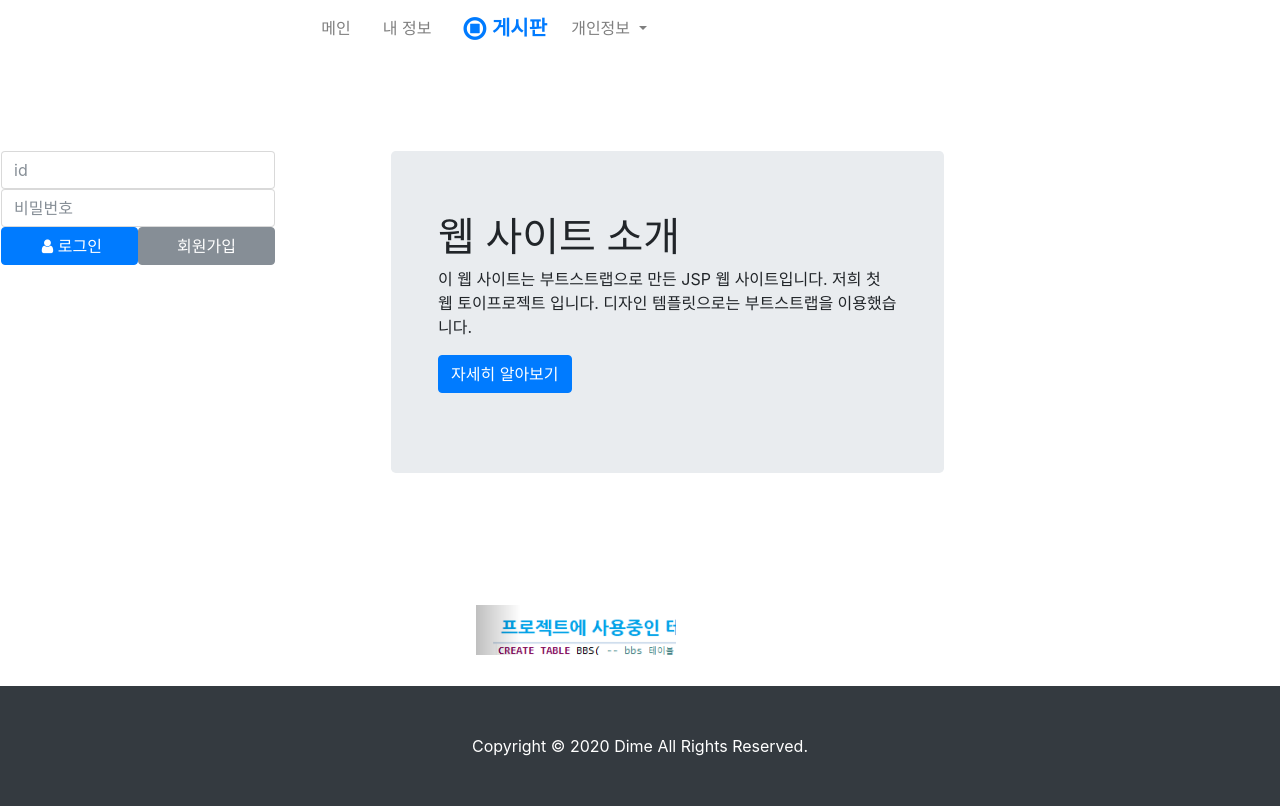
Repository: elecdime/jspboard
Page: http://localhost/BBS/projectbbs/Main.jsp
The author's editor kept a copy of each file at every save. The page is drawn from the files as they stood at one save, then again after the next save.
The browser window is 1280 px wide. The pictures show the whole page.
Some web libraries are served in a nearby version. The page is served by Tomcat 9. Other server files are loaded and not shown.

Above is the page before, as saved 2020-07-08 13:41:11.

### dime/project Web/BBS/WebContent/projectbbs/Main.jsp
<%@ page language="java" contentType="text/html; charset=UTF-8"
    pageEncoding="UTF-8"%>
<!doctype html>
<head>
   <!-- Required meta tags -->
  <meta charset="utf-8">
  <meta name="viewport" content="width=device-width, initial-scale=1, shrink-to-fit=no">
<meta http-equiv="Content-Type" content="text/html; charset=UTF-8" />
  <!-- Bootstrap CSS -->
  <link rel="stylesheet" href="https://maxcdn.bootstrapcdn.com/bootstrap/4.0.0-beta/css/bootstrap.min.css" integrity="sha384-/Y6pD6FV/Vv2HJnA6t+vslU6fwYXjCFtcEpHbNJ0lyAFsXTsjBbfaDjzALeQsN6M" crossorigin="anonymous">
<link rel="stylesheet" href="coustom.css">
<title>게시판 연습</title>
  </head>
  <body>


        <div id="TOP" style="width:960px;height:150px;">
            <%@ include file="Top.jsp" %>
        </div>

        <table width="960px">
            <tr>
                <td width="160" valign="top">
                    <%@ include file="left.jsp" %>
                </td>
                <td width="800" valign="#" style="padding-left: 100px">
                    <table width="100%" height="475" cellpadding="0" cellspacing="0" id="tables">
                        <tr >
                            <td border="3px">

                                 <div class="container">
        <div class="jumbotron">
            <div class="container">
                <h1>웹 사이트 소개</h1>
                <p>이 웹 사이트는 부트스트랩으로 만든 JSP 웹 사이트입니다.  저희 첫 웹 토이프로젝트 입니다. 디자인 템플릿으로는 부트스트랩을 이용했습니다.</p>
                <p><a class="btn btn-primary btn-pull" href="f3" role="button" target="_blank">자세히 알아보기</a></p>

            </div>
        </div>
    </div>

                    <iframe src="profile.jsp"  frameborder = "0" name="f3"></iframe>




                            </td>
                        </tr>

                    </table>
                </td>
            </tr>

        </table>
    <footer id = "bottom">
    <%@ include file="bottom.jsp" %>
</footer>














 <script src="https://code.jquery.com/jquery-3.2.1.slim.min.js" integrity="sha384-KJ3o2DKtIkvYIK3UENzmM7KCkRr/rE9/Qpg6aAZGJwFDMVNA/GpGFF93hXpG5KkN" crossorigin="anonymous"></script>
  <script src="https://cdnjs.cloudflare.com/ajax/libs/popper.js/1.11.0/umd/popper.min.js" integrity="sha384-b/U6ypiBEHpOf/4+1nzFpr53nxSS+GLCkfwBdFNTxtclqqenISfwAzpKaMNFNmj4" crossorigin="anonymous"></script>
  <script src="https://maxcdn.bootstrapcdn.com/bootstrap/4.0.0-beta/js/bootstrap.min.js" integrity="sha384-h0AbiXch4ZDo7tp9hKZ4TsHbi047NrKGLO3SEJAg45jXxnGIfYzk4Si90RDIqNm1" crossorigin="anonymous"></script>
  </body>
</html>

### dime/project Web/BBS/WebContent/projectbbs/Top.jsp
<%@ page language="java" contentType="text/html; charset=UTF-8"
    pageEncoding="UTF-8"%>
    <html>
    <head>

 <link rel="stylesheet" href="https://cdnjs.cloudflare.com/ajax/libs/font-awesome/4.7.0/css/font-awesome.min.css" type="text/css">
 </head>
  <nav class="navbar navbar-expand-md navbar-light">
    <div class="container justify-content-center"> <button class="navbar-toggler navbar-toggler-right border-0" type="button" data-toggle="collapse" data-target="#navbar3">
        <span class="navbar-toggler-icon"></span>
      </button>
      <div class="collapse navbar-collapse text-center justify-content-center" id="navbar3">
        <ul class="navbar-nav">
          <li class="nav-item mx-2"> <a class="nav-link" href="Main.jsp">메인</a> </li>
          <li class="nav-item mx-2"> <a class="nav-link" href="info.jsp">내 정보</a> </li>
          <li class="nav-item mx-2"> <a class="nav-link navbar-brand mr-0 text-primary" href="bbs.jsp"><i class="fa d-inline fa-lg fa-stop-circle-o"></i>
              <b> 게시판 </b></a> </li>

               <li class="nav-item dropdown">
          <a class="nav-link dropdown-toggle" href="#" id="navbarDropdownMenuLink" data-toggle="dropdown" aria-haspopup="true" aria-expanded="false">
  개인정보
        </a>
        <div class="dropdown-menu" aria-labelledby="navbarDropdownMenuLink">
          <a class="dropdown-item" href="left.jsp">로그인</a>
          <a class="dropdown-item" href="register.jsp">회원가입</a>

        </div>
        </li>
      </div>
    </div>
  </nav>
  <div class="py-5">
    <div class="container">
      <div class="row">
        <div class="col-md-12"></div>
      </div>
    </div>
  </div>

</html>

### dime/project Web/BBS/WebContent/projectbbs/left.jsp
<%@ page language="java" contentType="text/html; charset=UTF-8"
    pageEncoding="UTF-8"%>
<%@ page import = "java.sql.*" %>

    <html>
    <head>
 <meta http-equiv="Content-Type" content="text/html; charset=UTF-8" />
 <link rel="stylesheet" href="https://cdnjs.cloudflare.com/ajax/libs/font-awesome/4.7.0/css/font-awesome.min.css" type="text/css">
 </head>



 <%  if(session.getAttribute("id")==null){ //세션이 설정되지 않을 경우 참조  %>



<form class="form-inline" action="login.jsp" method="get">
            <div class="form-group">
              <input type="text" class="form-control" name ="id" id="id" placeholder="id"> </div>
            <div class="form-group form-row">
              <div class="col-sm-10"><input type="password" class="form-control " name = "pw" id="pw" placeholder="비밀번호"></div>
            </div>
            <button class="btn btn-primary align-items-center col-sm-6" ><i class="fa fa-user fa-fw"></i>로그인</button>
            <a class="btn btn-secondary col-sm-6" href="register.jsp" style=""></i> 회원가입 </a>
          </form><% }else{ %>
<form method="post" action="logout.jsp">
	<%=session.getAttribute("id") %>님 환영합니다~

	<input type="submit" value="로그아웃" />
</form>
<button onClick="location.href='info.jsp'"> 개인정보 변경</button>
<% if(session.getAttribute("id").equals("admin")){
	%>

	<button onClick="location.href='#'"> 관리자 페이지</button>

<%} %>

<% } %>

### dime/project Web/BBS/WebContent/projectbbs/bottom.jsp


<%@ page language="java" contentType="text/html; charset=UTF-8"
    pageEncoding="UTF-8"
    import="java.sql.*"%>
<%
    request.setCharacterEncoding("utf-8");
%>
<!DOCTYPE html PUBLIC "-//W3C//DTD HTML 4.01 Transitional//EN" "http://www.w3.org/TR/html4/loose.dtd">
<html>
<head>
<meta http-equiv="Content-Type" content="text/html; charset=utf-8">

<body>
<footer class="bg-dark mt-4 p-5 text-center" style="color:#FFFFFF;">


Copyright &copy; 2020 Dime All Rights Reserved.<br>

</footer>
</body>
</html>

### dime/project Web/BBS/WebContent/error/404code.jsp
<%@ page language="java" contentType="text/html; charset=UTF-8"
    pageEncoding="UTF-8"%>
    <%response.setStatus(HttpServletResponse.SC_OK); %>
<!DOCTYPE html>
<html>
<head>
<meta charset="UTF-8">
<title>404 오류발생</title>
</head>
<body>
요청하신페이지가없습니다.
</body>
</html>

### dime/project Web/BBS/WebContent/projectbbs/profile.jsp
<!DOCTYPE html>
<html>
<head>
<title>title</title>
<!-- Bootstrap cdn 설정 -->
<link rel="stylesheet" href="https://stackpath.bootstrapcdn.com/bootstrap/3.4.1/css/bootstrap.min.css">
<link rel="stylesheet" href="https://stackpath.bootstrapcdn.com/bootstrap/3.4.1/css/bootstrap-theme.min.css">
<link rel="stylesheet" href="https://stackpath.bootstrapcdn.com/font-awesome/4.7.0/css/font-awesome.min.css">
<script src="https://code.jquery.com/jquery-3.4.1.min.js"></script>
<script src="https://stackpath.bootstrapcdn.com/bootstrap/3.4.1/js/bootstrap.min.js"></script>
</head>
<body>
<!-- carousel를 구성할 영역 설정 -->
<div style="width: 300px;margin: 100px;">
<!-- carousel를 사용하기 위해서는 class에 carousel와 slide 설정한다. -->
<!-- carousel는 특이하게 id를 설정해야 한다.-->
<div id="carousel-example-generic" class="carousel slide" >
<!-- carousel의 지시자 -->
<!-- 지시자라고는 하는데 ol태그의 class에 carousel-indicators를 넣는다. -->
<ol class="carousel-indicators">
<!-- li는 이미지 개수만큼 추가하고 data-target은 carousel id를 가르킨다. -->
<!-- data-slide-to는 순서대로 0부터 올라가고 0은 active를 설정한다. -->
<!-- 딱히 이 부분은 옵션별로 설정하게 없다. -->
<li data-target="#carousel-example-generic" data-slide-to="0" class="active"></li>
<li data-target="#carousel-example-generic" data-slide-to="1"></li>
</ol>
<!-- 실제 이미지 아이템 -->
<!-- class는 carousel-inner로 설정하고 role은 listbox에서 설정한다. -->
<div class="carousel-inner" role="listbox">
<!-- 이미지의 개수만큼 item을 만든다. 중요한 포인트는 carousel-indicators의 li 태그 개수와 item의 개수는 일치해야 한다. -->
<div class="item active">
<!-- 아미지 설정- -->
<img src="1.PNG" style="width:100%">
<!-- 캡션 설정 (생략 가능) -->
<!-- 글자 색은 검은색 -->
<div class="carousel-caption" style="color:black;">

</div>
</div>
<div class="item">
<img src="b.PNG" style="width:100%">
<div class="carousel-caption" style="color:black;">

</div>
</div>
</div>
<!-- 왼쪽 화살표 버튼 -->
<!-- href는 carousel의 id를 가르킨다. -->
<a class="left carousel-control" href="#carousel-example-generic" role="button" data-slide="prev">
<!-- 왼쪽 화살표 -->
<span class="glyphicon glyphicon-chevron-left" aria-hidden="true"></span>
</a>
<!-- 오른쪽 화살표 버튼 -->
<!-- href는 carousel의 id를 가르킨다. -->
<a class="right carousel-control" href="#carousel-example-generic" role="button" data-slide="next">
<!-- 오른쪽 화살표 -->
<span class="glyphicon glyphicon-chevron-right" aria-hidden="true"></span>
</a>
</div>
</div>
<script>
$(function(){
// 이미지 슬라이드 컨트롤를 사용하기 위해서는 carousel를 실행해야한다.
$('#carousel-example-generic').carousel({
// 슬리아딩 자동 순환 지연 시간
// false면 자동 순환하지 않는다.
interval: 1000,
// hover를 설정하면 마우스를 가져대면 자동 순환이 멈춘다.
pause: "hover",
// 순환 설정, true면 1 -> 2가면 다시 1로 돌아가서 반복
wrap: true,
// 키보드 이벤트 설정 여부(?)
keyboard : true
});
});
</script>
</body>
</html>

After the next save:
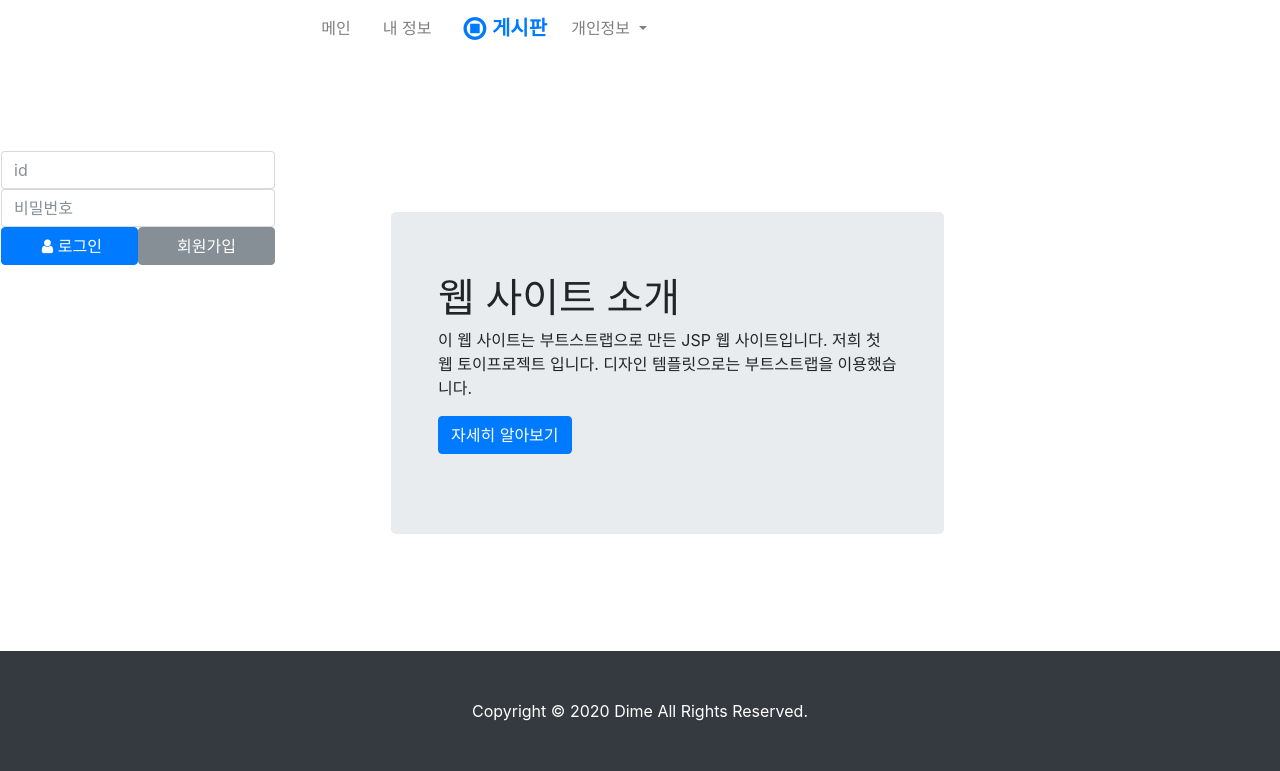
Saved 116 s later.
--- a/dime/project Web/BBS/WebContent/projectbbs/Main.jsp
+++ b/dime/project Web/BBS/WebContent/projectbbs/Main.jsp
@@ -33,13 +33,13 @@
             <div class="container">
                 <h1>웹 사이트 소개</h1>
                 <p>이 웹 사이트는 부트스트랩으로 만든 JSP 웹 사이트입니다.  저희 첫 웹 토이프로젝트 입니다. 디자인 템플릿으로는 부트스트랩을 이용했습니다.</p>
-                <p><a class="btn btn-primary btn-pull" href="f3" role="button" target="_blank">자세히 알아보기</a></p>
+                <p><a class="btn btn-primary btn-pull" href="profile.jsp" role="button" target="_blank">자세히 알아보기</a></p>
 
             </div>
         </div>
     </div>
 
-                    <iframe src="profile.jsp"  frameborder = "0" name="f3"></iframe>
+
 
 
 
